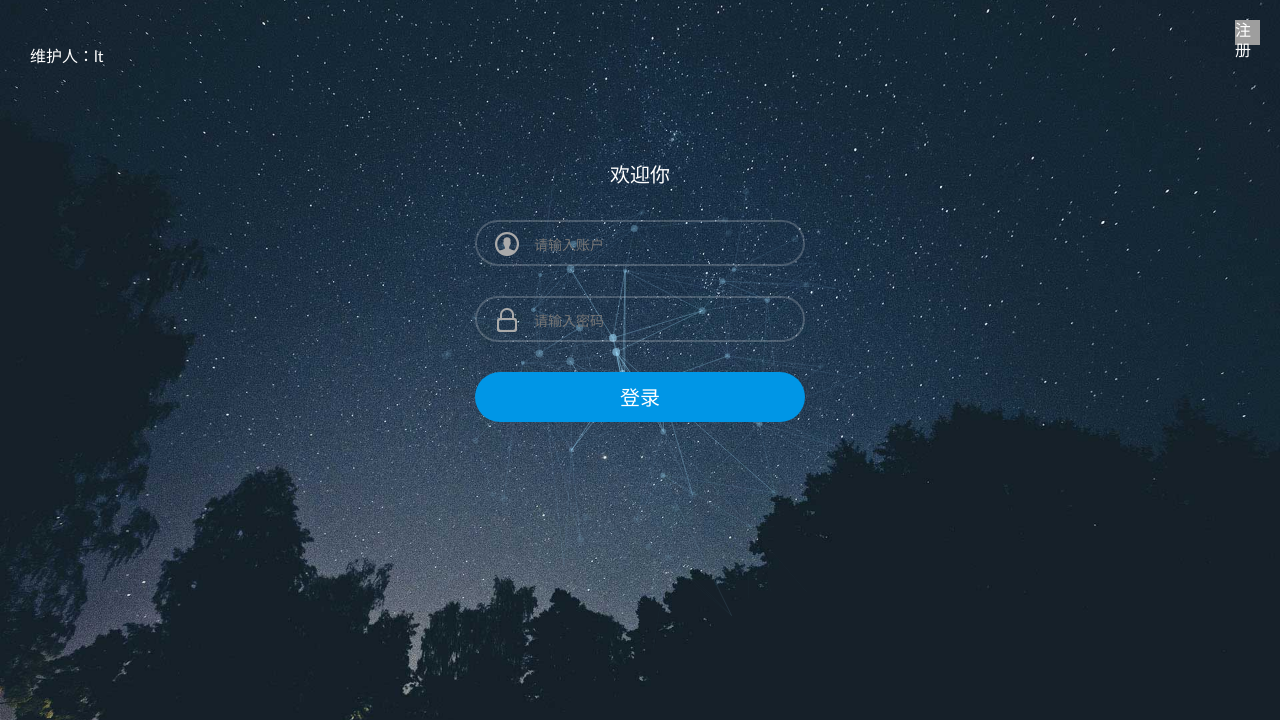
Repository: LTai123456/orl
Page: auth/src/main/resources/static/index.html
An editor plug-in stored every save of this project. The page is shown before and after the next save, followed by the edit.
The browser window is 1280 px wide. The pictures show the whole page.
Pictures or frames that could not be fetched are drawn as grey boxes.

Above is the page before, as saved 2019-12-26 05:06:34.

After the next save:
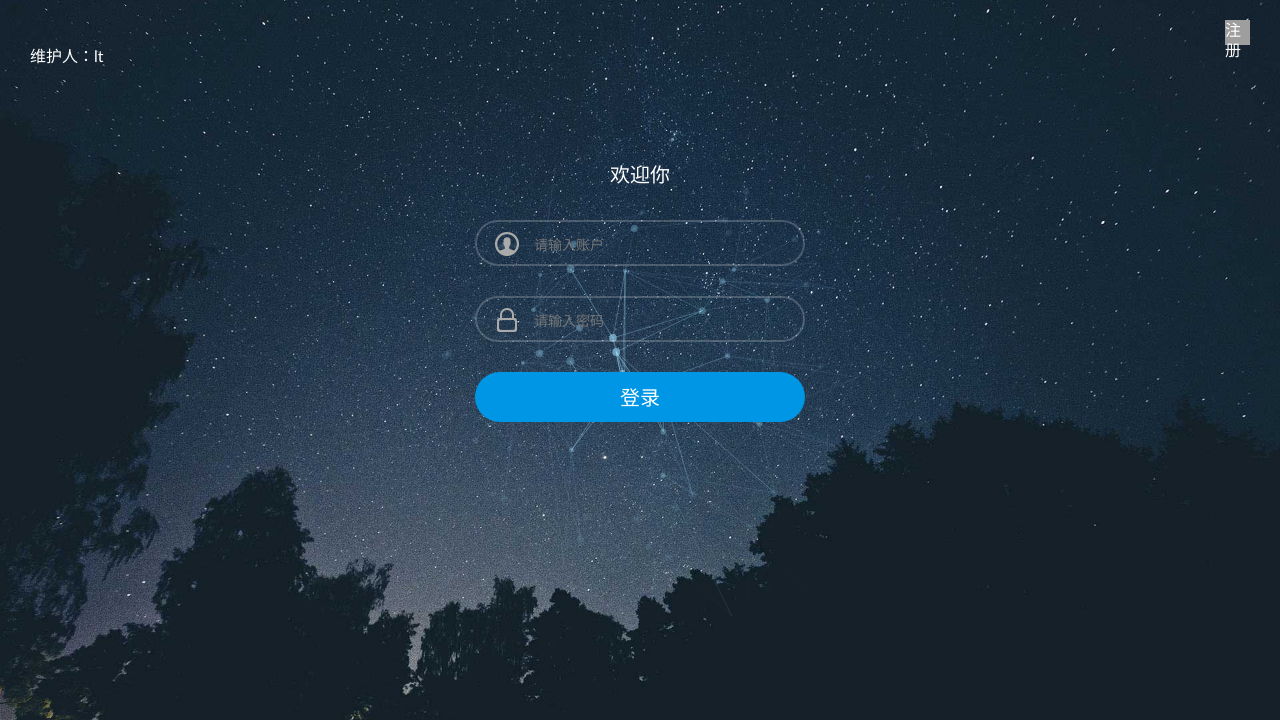
Saved 18 s later.
--- a/auth/src/main/resources/static/css/component.css
+++ b/auth/src/main/resources/static/css/component.css
@@ -64,7 +64,7 @@
 	background: url(../img/zhuce.png);
 	position:fixed;
 	top: 20px;
-	right: 20px;
+	right: 30px;
 	color: #fff;
 	z-index:1000;
 }
